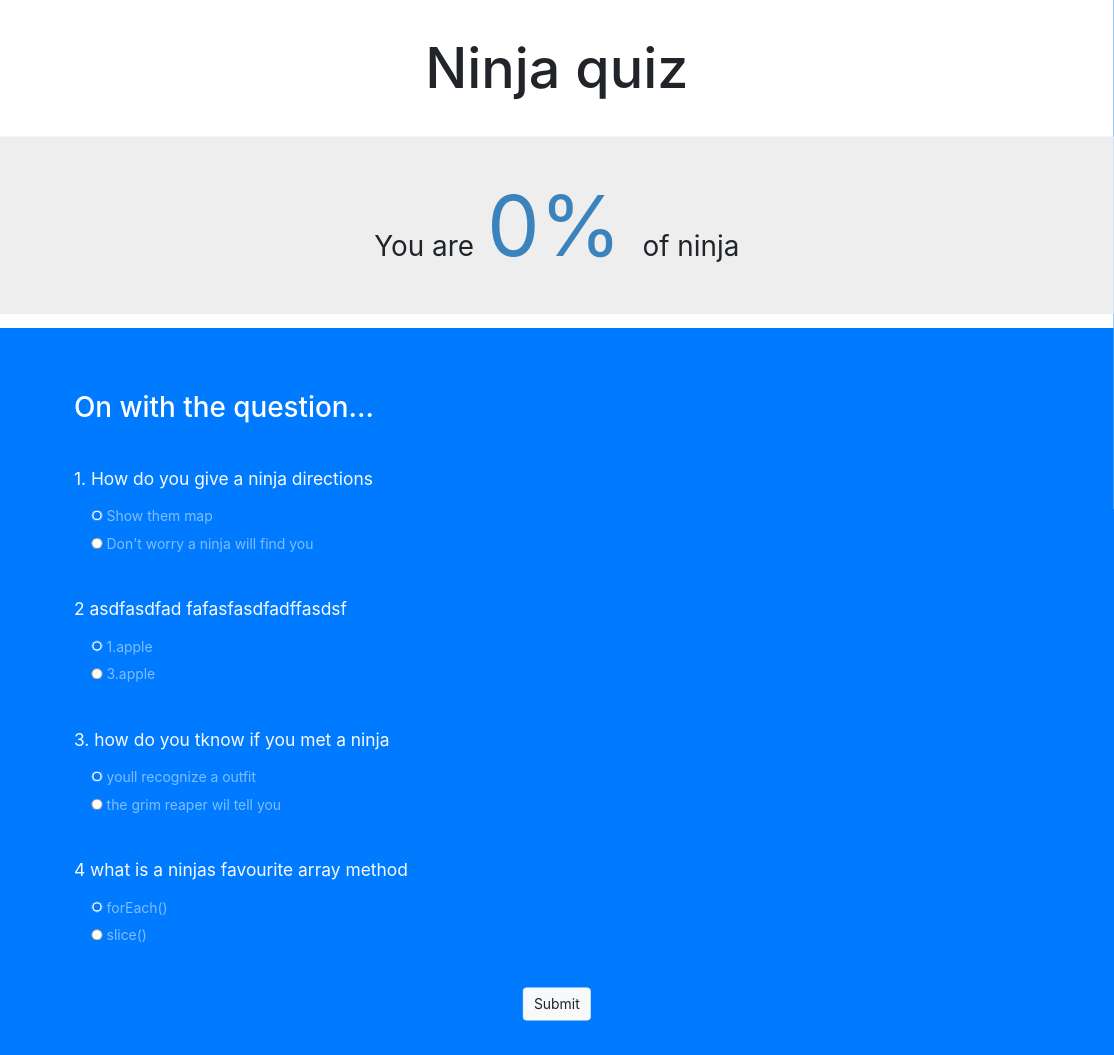
Repository: ajgors/config
Page: Nauka Js/Projekty/Quiz/index.html
An editor plug-in stored every save of this project. The page is shown before and after the next save, followed by the edit.
The browser window is 1280 px wide. The pictures show the whole page, at 87% of full size.

Above is the page before, as saved 2019-08-11 18:21:15.

After the next save:
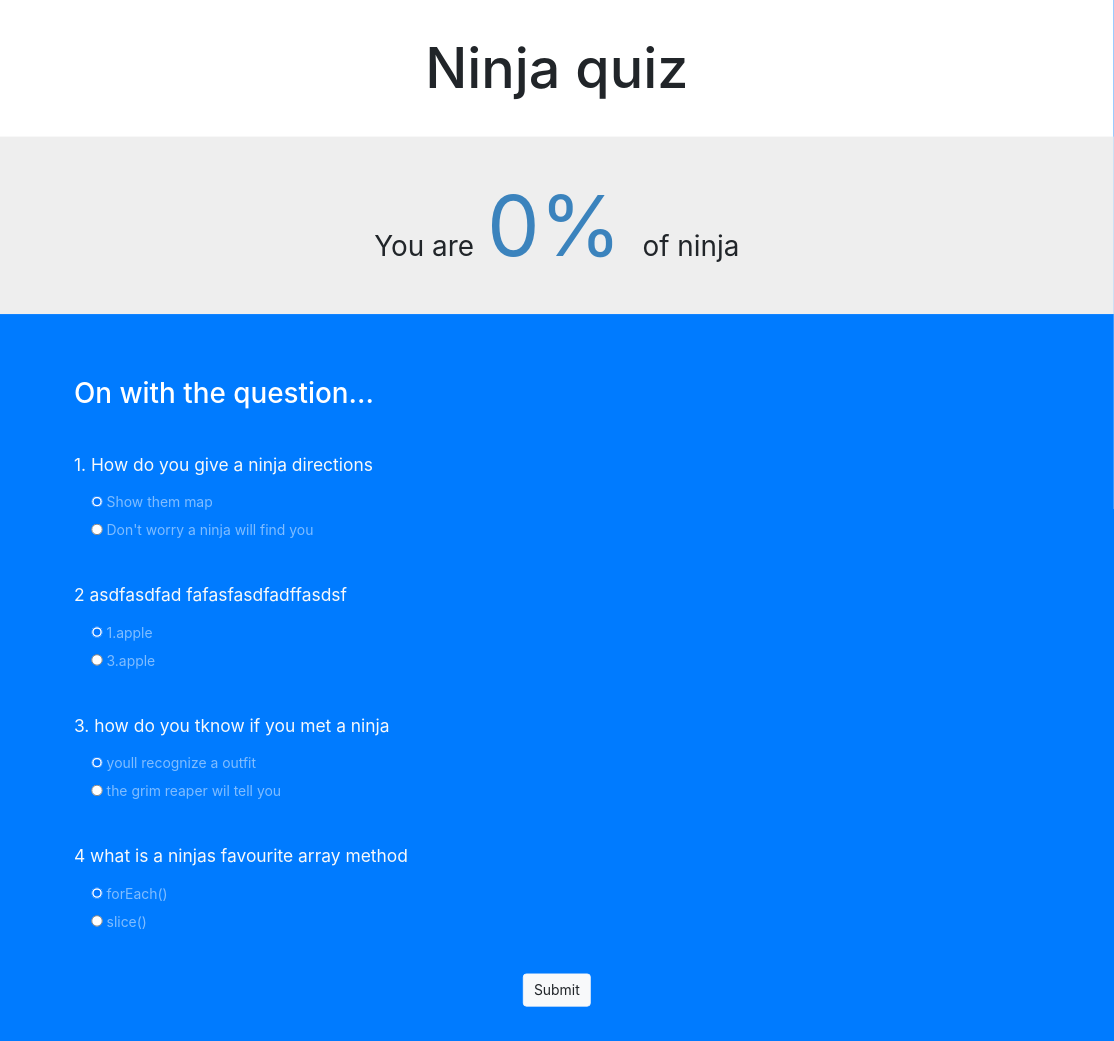
Saved 40 s later.
--- a/Nauka Js/Projekty/Quiz/css.css
+++ b/Nauka Js/Projekty/Quiz/css.css
@@ -15,6 +15,7 @@
 .result__paragraph{
     text-align: center;
     padding: 30px;
+    margin: 0;
     font-size: 2em
 }
 .result__span{
